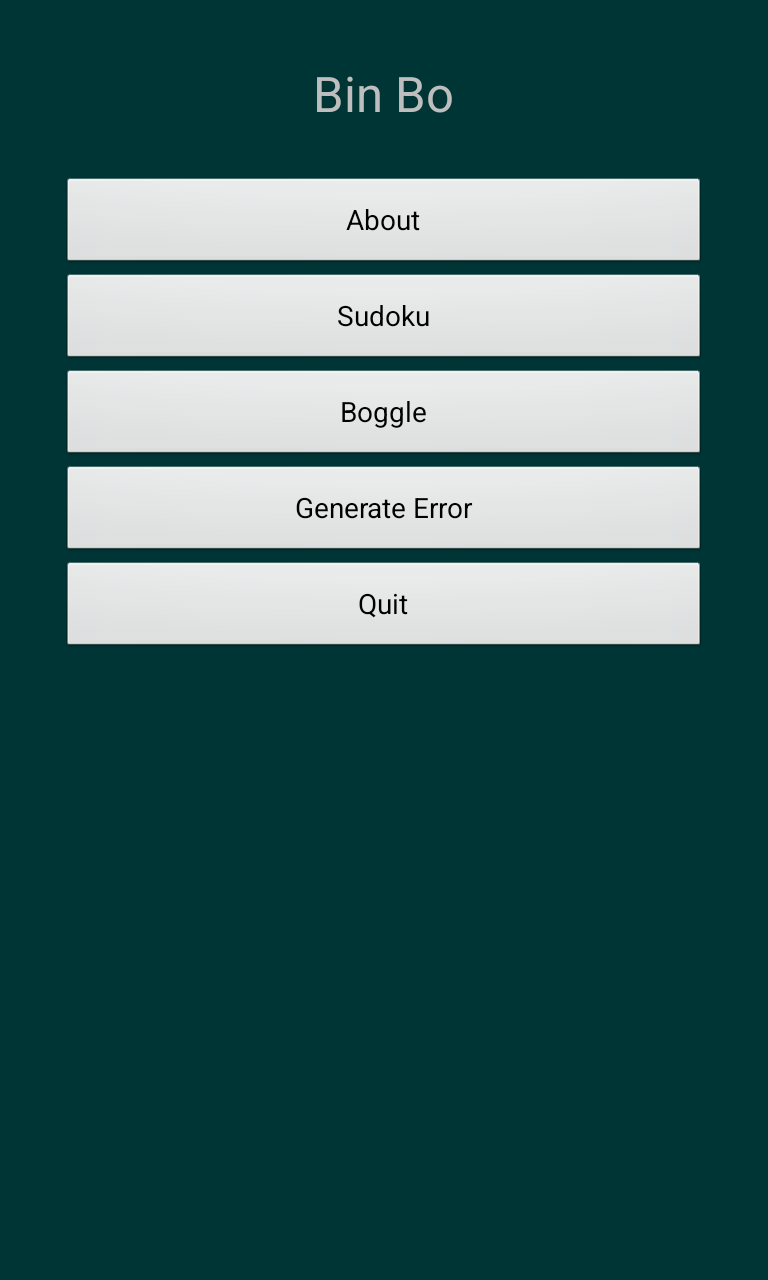
Repository: czxttkl/HelloMAD
Layout: edu.neu.madcourse.binbo.HelloMAD/res/layout/main.xml
An editor plug-in stored every save of this project. The layout is shown before and after the next save, followed by the edit.
It is drawn on a 768 x 1280 px phone screen (xhdpi) without system bars, with theme android:Theme; the app's code is not run.

Above is the layout before, as saved 2012-10-20 21:16:15.

### edu.neu.madcourse.binbo.HelloMAD/res/layout/main.xml
<?xml version="1.0" encoding="utf-8"?>
<LinearLayout xmlns:android="http://schemas.android.com/apk/res/android"
    android:background="@color/background"
    android:layout_width="fill_parent"
    android:layout_height="fill_parent"
    android:padding="30dip"
    android:orientation="vertical" >

	<TextView
	   android:text="@string/main_title"
	   android:layout_height="wrap_content"
	   android:layout_width="wrap_content"
	   android:layout_gravity="center"
	   android:layout_marginBottom="25dip"
	   android:textSize="24.5sp" />
	<Button
	   android:id="@+id/about_button"
	   android:layout_width="fill_parent"
	   android:layout_height="wrap_content"
	   android:text="@string/about_lable" />
	<Button
	   android:id="@+id/sudoku_button"
	   android:layout_width="fill_parent"
	   android:layout_height="wrap_content"
	   android:text="@string/sudoku_lable" />
	<Button
	   android:id="@+id/boggle_button"
	   android:layout_width="fill_parent"
	   android:layout_height="wrap_content"
	   android:text="@string/boggle_label" />
	<Button
	   android:id="@+id/error_button"
	   android:layout_width="fill_parent"
	   android:layout_height="wrap_content"
	   android:text="@string/error_label" />
	<Button
	   android:id="@+id/quit_button"
	   android:layout_width="fill_parent"
	   android:layout_height="wrap_content"
	   android:text="@string/quit_lable" />

</LinearLayout>

### edu.neu.madcourse.binbo.HelloMAD/res/values/colors.xml
<?xml version="1.0" encoding="utf-8"?>
<resources>
    <color name="background">#3500ffff</color>
    <color name="sudoku_puzzle_background">#ffe6f0ff</color>
    <color name="sudoku_puzzle_hilite">#ffffffff</color>
    <color name="sudoku_puzzle_light">#64c6d4ef</color>
    <color name="sudoku_puzzle_dark">#6456648f</color>
    <color name="sudoku_puzzle_foreground">#ff000000</color>
    <color name="sudoku_puzzle_hint_0">#64ff0000</color>
    <color name="sudoku_puzzle_hint_1">#6400ff80</color>
    <color name="sudoku_puzzle_hint_2">#2000ff80</color>
    <color name="sudoku_puzzle_selected">#64ff8000</color>

    <color name="pb_white">#fff</color>
    <color name="pb_black">#000</color>
    <color name="pb_red">#ff0000</color>
    <color name="pb_gray1">#ccc</color>
    <color name="pb_gray2">#666</color>
    <color name="pb_blue">#005aff</color>

    <color name="white">#FFF</color>
    <color name="l_blue">#909BAA</color>
    <color name="d_blue">#6D7B92</color>
    <color name="gray">#CCCCCC</color>
    <color name="d_gray">#666</color>
    <color name="black">#000</color>

    <color name="rr_blue">#b5ddff</color>
    <color name="rr_red">#ff0000</color>
    <color name="rr_dark">#666</color>
    <color name="rr_grey">#333</color>

</resources>

### edu.neu.madcourse.binbo.HelloMAD/res/values/strings.xml
<?xml version="1.0" encoding="utf-8" standalone="no"?>
<resources>
    <string name="hello">Hello World, HelloMAD!</string>
    <string name="app_name">NUMAD-BinBo</string>
    <string name="main_title">Bin Bo</string>
    <string name="sudoku_lable">Sudoku</string>
    <string name="boggle_label">Boggle</string>
    <string name="error_label">Generate Error</string>
    <string name="quit_lable">Quit</string>
    <string name="about_title">Team Member</string>
    <string name="about_lable">About</string>
    <string name="about_text">\
		Name: Bin Bo\n
		Email: bigbugbb@gmail.com\n
		Version: 1.0.0\n
		Phone ID: none\n
	</string>
    <string name="sudoku_continue_label">Continue</string>
    <string name="sudoku_new_game_label">New Game</string>
    <string name="sudoku_about_label">About</string>
    <string name="sudoku_exit_label">Exit</string>
    <string name="sudoku_about_title">About Android Sudoku</string>
    <string name="sudoku_about_text">\
		Sudoku is a logic-based number placement puzzle.
		Starting with a partially completed 9x9 grid, the
		objective is to fill the grid so that each
		row, each column, and each of the 3x3 boxes
		(also called <i>blocks</i>) contains the digits
		1 to 9 exactly once.
	</string>
    <string name="sudoku_game_name">Sudoku</string>
    <string name="sudoku_title">Android Sudoku</string>
    <string name="sudoku_settings_label">Settings...</string>
    <string name="sudoku_settings_title">Sudoku settings</string>
    <string name="sudoku_settings_shortcut">s</string>
    <string name="sudoku_music_title">Music</string>
    <string name="sudoku_music_summary">Play background music</string>
    <string name="sudoku_hints_title">Hints</string>
    <string name="sudoku_hints_summary">Show hints during play</string>
    <string name="sudoku_new_game_title">Difficulty</string>
    <string name="sudoku_easy_label">Easy</string>
    <string name="sudoku_medium_label">Medium</string>
    <string name="sudoku_hard_label">Hard</string>
    <string name="sudoku_game_title">Sudoku</string>
    <string name="sudoku_no_moves_label">No moves</string>
    <string name="sudoku_keypad_title">Keypad</string>
    <string name="boggle_title">Android Boggle</string>
    <string name="boggle_continue_label">Continue</string>
    <string name="boggle_new_game_label">New Game</string>
    <string name="boggle_about_label">About</string>
    <string name="boggle_acknowledge_label">Acknowledge</string>
    <string name="boggle_exit_label">Exit</string>
    <string name="boggle_shake_label">Shake</string>
    <string name="boggle_pause_label">Pause</string>
    <string name="boggle_resume_label">Resume</string>
    <string name="boggle_score_label">Score:</string>
    <string name="boggle_best_score_label">Best:</string>
    <string name="boggle_time_label">Time Left</string>
    <string name="boggle_about_title">About Android Boggle</string>
    <string name="boggle_about_text">\
		The game begins by shaking a covered tray of sixteen cubic dice,
		each with a different letter printed on each of its sides. The
		dice settle into a 4x4 tray so that only the top letter of each
		cube is visible. After they have settled into the grid, a three-minute
		sand timer is started and all players simultaneously begin the main phase of play.
	</string>
    <string name="boggle_acknowledge_title">Acknowledge Android Boggle</string>
    <string name="boggle_acknowledge_text">\
		The background music was download from a Chinese
		web site a long time ago. The huffman code is from an old project.
	</string>
	<string name="pbsignup_title">""</string>
	<string name="pbmain_title">""</string>
	<string name="pbinvite_title">""</string>
	<string name="pbgame_title">""</string>
	<string name="pbrank_title">""</string>
	<string name="pbresult_title">""</string>
	<string name="pboption_title">""</string>
	<string name="pbacknowledge_title">""</string>
	<string name="pbabout_title">""</string>
</resources>

After the next save:
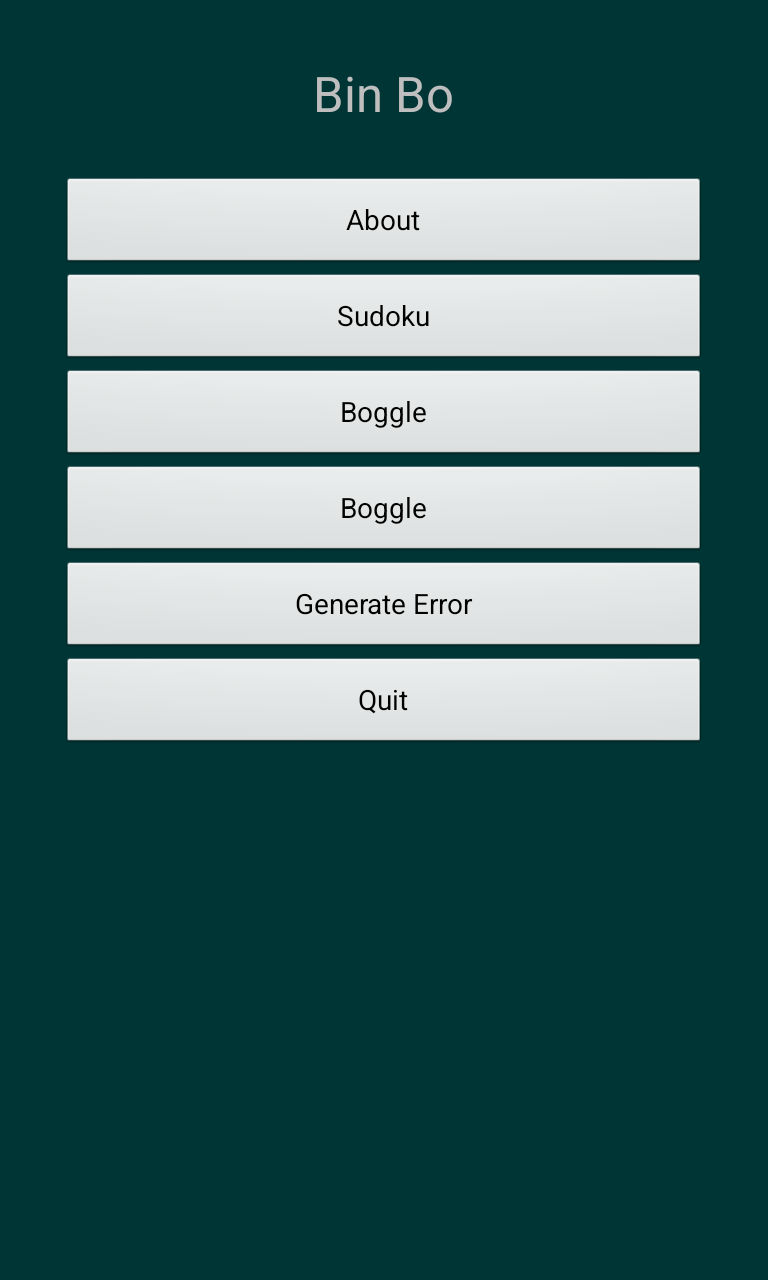
Saved 7 min 30 s later.
--- a/edu.neu.madcourse.binbo.HelloMAD/res/layout/main.xml
+++ b/edu.neu.madcourse.binbo.HelloMAD/res/layout/main.xml
@@ -29,6 +29,11 @@
 	   android:layout_height="wrap_content"
 	   android:text="@string/boggle_label" />
 	<Button
+	   android:id="@+id/persistent_boggle_button"
+	   android:layout_width="fill_parent"
+	   android:layout_height="wrap_content"
+	   android:text="@string/boggle_label" />
+	<Button
 	   android:id="@+id/error_button"
 	   android:layout_width="fill_parent"
 	   android:layout_height="wrap_content"
